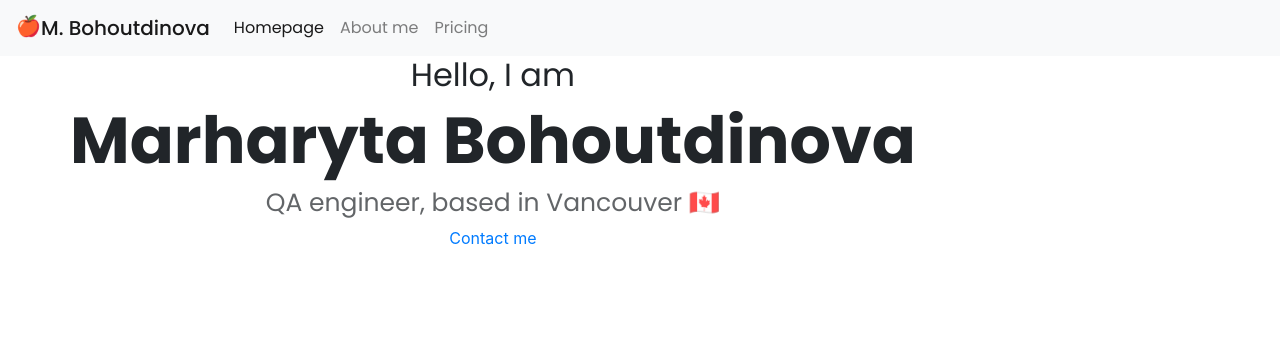
Repository: Bohoutdinova/Portfolio_week-4
Page: index.html
The author's editor kept a copy of each file at every save. The page is drawn from the files as they stood at one save, then again after the next save.
The browser window is 1280 px wide. The pictures show the whole page.

Above is the page before, as saved 2022-08-10 18:06:41.

After the next save:
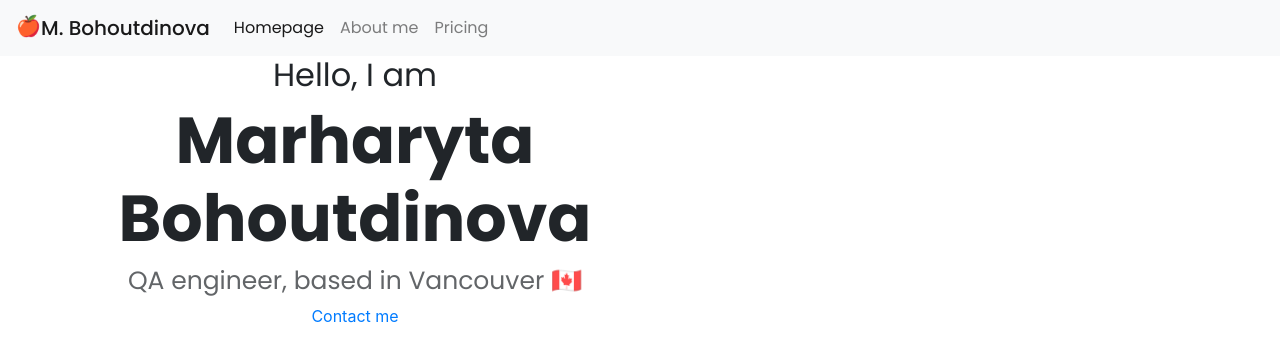
Saved 20 s later.
--- a/index.html
+++ b/index.html
@@ -76,11 +76,13 @@
     </nav>
     <div class="container">
       <div class="row">
-        <div class="hero-page">
-          <h2>Hello, I am</h2>
-          <h1>Marharyta Bohoutdinova</h1>
-          <h3>QA engineer, based in Vancouver 🇨🇦</h3>
-          <a href="#" title="Contact me">Contact me</a>
+        <div class="col-sm-6">
+          <div class="hero-page">
+            <h2>Hello, I am</h2>
+            <h1>Marharyta Bohoutdinova</h1>
+            <h3>QA engineer, based in Vancouver 🇨🇦</h3>
+            <a href="#" title="Contact me">Contact me</a>
+          </div>
         </div>
       </div>
     </div>
